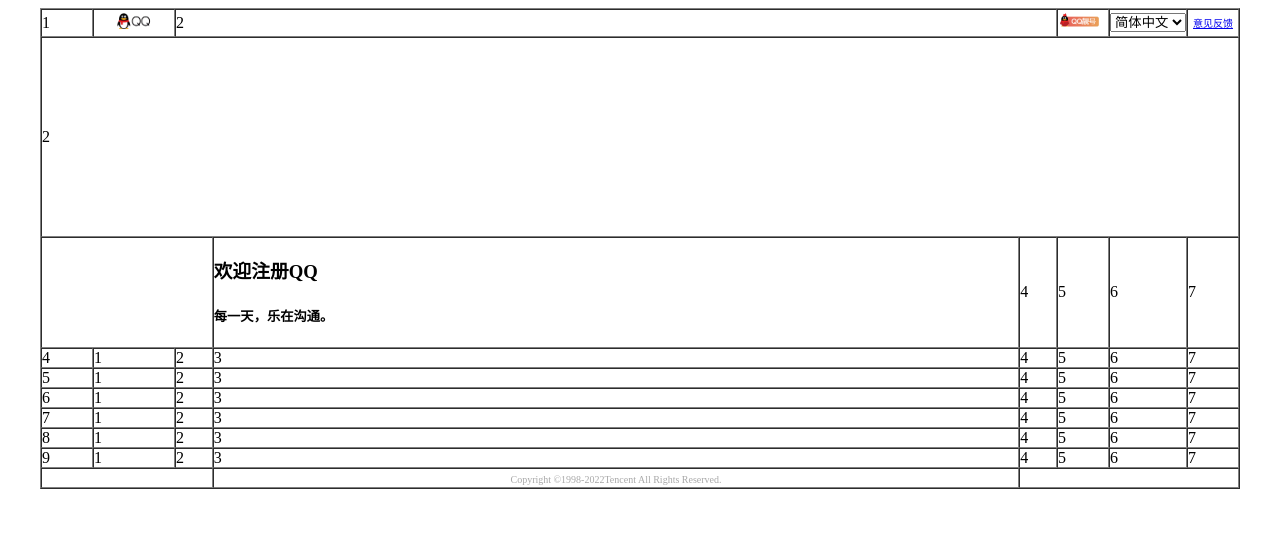
Repository: l897284707/0913
Page: qq注册界面.html
The author's editor kept a copy of each file at every save. The page is drawn from the files as they stood at one save, then again after the next save.
The browser window is 1280 px wide. The pictures show the whole page.

Above is the page before, as saved 2022-09-13 20:50:31.

### qq注册界面.html
<!DOCTYPE html>
<html lang="en">

<head>
    <meta charset="UTF-8">
    <meta http-equiv="X-UA-Compatible" content="IE=edge">
    <meta name="viewport" content="width=device-width, initial-scale=1.0">
    <title>Document</title>
</head>

<body>
    <table style="width: 1200px;" align="center" valign="middle" border="1" cellspacing="0" cellpadding="0">
        <tr>
            <td style="width:50px;">
                1
            </td>
            <td align="center" valign="middle" style="width: 80px;"><img src="/img/图片1.png" alt="qq图标" width="50"></td>
            <td colspan="3" style="">2</td>
            <td style="width: 50px;">
                <img src="/img/新建项目.png" alt="">
            </td>
            <td align="center" style="width: 50px;">
                <select>
                    <option value="">简体中文</option>
                    <option value="">繁体中文</option>
                    <option value="">English</option>
                </select>
            </td>
            <td align="center" style=" width: 50px; font-size: 10px;">
                <a href=" ">意见反馈</a>
            </td>
        </tr>
        <tr style="height: 200px;">
            <td colspan="8">2</td>

        </tr>
        <tr>
            <td colspan="3">

            </td>

            <td>
                <h3>欢迎注册QQ</h3>
                <h5>每一天，乐在沟通。</h5>
            </td>
            <td>4</td>
            <td>5</td>
            <td>6</td>
            <td>7</td>
        </tr>
        <tr>
            <td>4</td>
            <td>1</td>
            <td>2</td>
            <td>3</td>
            <td>4</td>
            <td>5</td>
            <td>6</td>
            <td>7</td>
        </tr>
        <tr>
            <td>5</td>
            <td>1</td>
            <td>2</td>
            <td>3</td>
            <td>4</td>
            <td>5</td>
            <td>6</td>
            <td>7</td>
        </tr>
        <tr>
            <td>6</td>
            <td>1</td>
            <td>2</td>
            <td>3</td>
            <td>4</td>
            <td>5</td>
            <td>6</td>
            <td>7</td>
        </tr>
        <tr>
            <td>7</td>
            <td>1</td>
            <td>2</td>
            <td>3</td>
            <td>4</td>
            <td>5</td>
            <td>6</td>
            <td>7</td>
        </tr>
        <tr>
            <td>8</td>
            <td>1</td>
            <td>2</td>
            <td>3</td>
            <td>4</td>
            <td>5</td>
            <td>6</td>
            <td>7</td>
        </tr>
        <tr>
            <td>9</td>
            <td>1</td>
            <td>2</td>
            <td>3</td>
            <td>4</td>
            <td>5</td>
            <td>6</td>
            <td>7</td>
        </tr>
        <tr>
            <td colspan="3"></td>

            <td align="center">
                <label style="font-size: 10px; color: darkgrey;">Copyright ©1998-2022Tencent All Rights Reserved.</label>
            </td>
            <td colspan="4"> </td>

        </tr>
    </table>

</body>

</html>

After the next save:
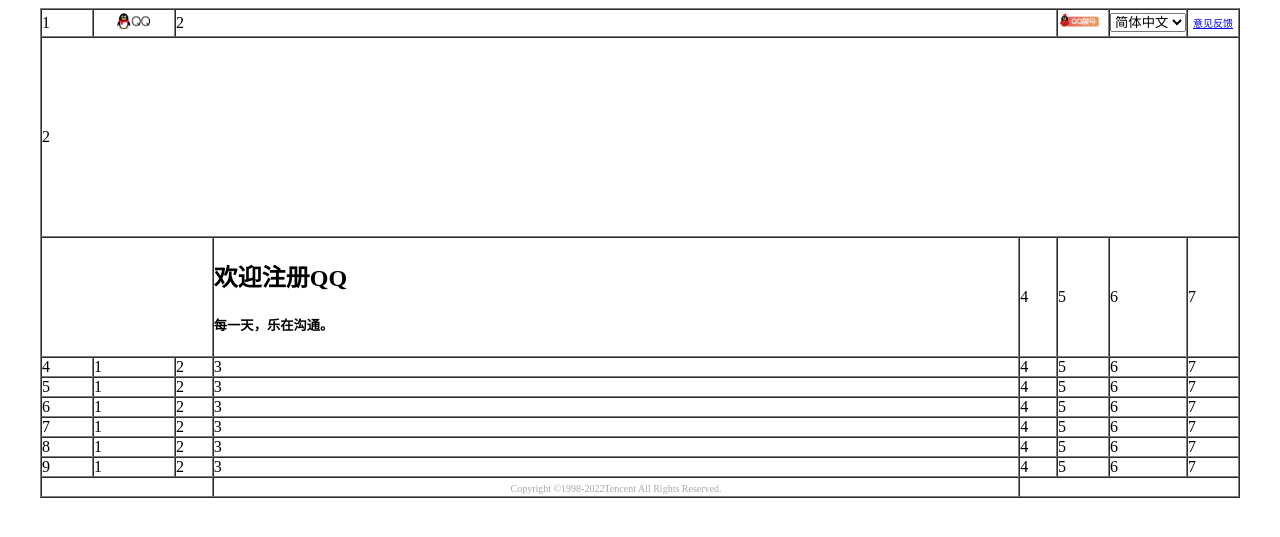
Saved 15 s later.
--- a/qq注册界面.html
+++ b/qq注册界面.html
@@ -40,7 +40,7 @@
             </td>
 
             <td>
-                <h3>欢迎注册QQ</h3>
+                <h2>欢迎注册QQ</h2>
                 <h5>每一天，乐在沟通。</h5>
             </td>
             <td>4</td>
